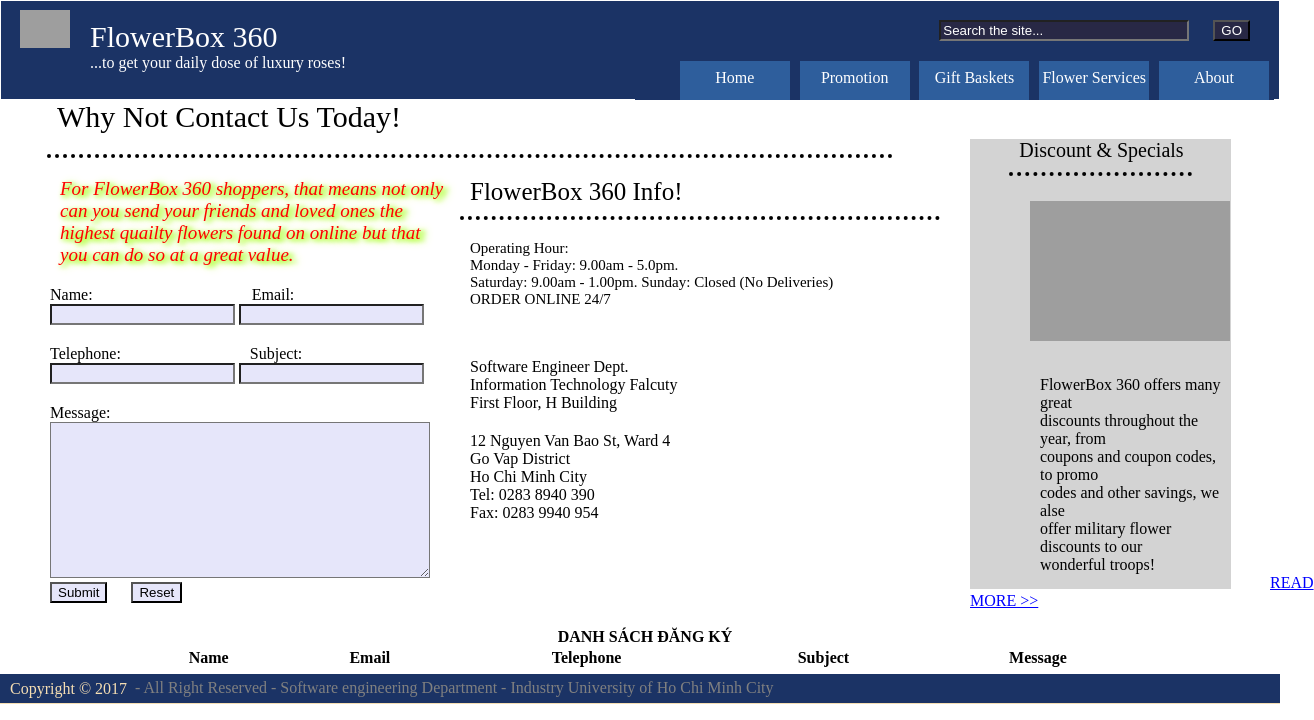
Repository: G1tHub-zer0/BTTH
Page: KT/index.html
The author's editor kept a copy of each file at every save. The page is drawn from the files as they stood at one save, then again after the next save.
The browser window is 1280 px wide. The page is 1314 px wide, so the pictures cover 1314 px, including what lies to the right of the window. The pictures show the whole page.
Pictures or frames that could not be fetched are drawn as grey boxes.

Above is the page before, as saved 2024-04-12 14:21:59.

### KT/index.html
<!DOCTYPE html>
<html lang="en">

<head>
    <meta charset="UTF-8">
    <meta http-equiv="X-UA-Compatible" content="IE=edge">
    <link rel="stylesheet" href="app.css">
    <meta name="viewport" content="width=device-width, initial-scale=1.0">
    <title></title>
</head>

<body>
    <div class="container">
        <header>
            <div class="logo">
                <img
                    src="https://encrypted-tbn1.gstatic.com/images?q=tbn:ANd9GcSCItUfJia5NZjMVaBQ3rzkajxs_MzsOlNAoqBRyz2l8tWaO1zV">
            </div>
            <div class="name">
                <p class="p1">
                    FlowerBox 360 <br>
                </p>
                <p>
                    ...to get your daily dose of luxury roses!
                </p>
            </div>
            <form action="">
                <input class="type" type="text" name="" id="" placeholder="Search the site...">
                <input class="btn" type="button" value="GO">
            </form>
            <nav>
                <ul>
                    <li>
                        <a href="">Home</a>
                    </li>
                    <li>
                        <a href="">Promotion</a>
                    </li>
                    <li>
                        <a href="">Gift Baskets</a>
                    </li>
                    <li class="fs">
                        <a href="">Flower Services</a>
                        <ul class="child-mn">
                            <li><a href="">Flower for Wedding</a></li>
                            <li><a href="">Flower for Conference</a></li>
                        </ul>
                    </li>
                    <li>
                        <a href="">About</a>
                    </li>
                </ul>
            </nav>
        </header>
        <main>
            <div class="main">
                <form action="" method="post">
                    <div class="title">
                        <P class="p2">Why Not Contact Us Today!</P>
                    </div>
                    <div class="content">
                        <div class="content-left">
                            <p class="p3">
                                For FlowerBox 360 shoppers, that means not only
                                can you send your friends and loved ones the
                                highest quailty flowers found on online but that you
                                can do so at a great value.
                            </p>
                            <div class="enter">
                                <label id="lb-name" for="Name">Name: </label>
                                <label for="email">Email:</label> <br>
                                <input type="text" name="Name" id="inp-name" required>
                                <input type="email" name="email" id="inp-email"><br>
                                <label id="lb-tel" for="tel">Telephone:</label>
                                <label for="sub" class="sub">Subject:</label> <br>
                                <input type="tel" name="tel" id="inp-tel">
                                <input type="text" name="sub" id="inp-subject"><br>
                                <label for="mes">Message:</label><br>
                                <textarea name="mes" id="inp-message" cols="30" rows="10"></textarea> <br>
                                <div class="form-group">
                                    <input type="button" value="Submit" onclick="submitForm()" id="inp-left">
                                    <input type="reset" value="Reset" id="xoa">
                                </div>
                            </div>
                        </div>

                        <div class="content-right">
                            <div class="title2">
                                <p class="p2"> FlowerBox 360 Info!</p>
                            </div>
                            <p class="p4">
                                Operating Hour: <br>
                                Monday - Friday: 9.00am - 5.0pm. <br>
                                Saturday: 9.00am - 1.00pm.
                                Sunday: Closed (No Deliveries) <br>
                                ORDER ONLINE 24/7
                            </p>
                            <p class="p5">
                                Software Engineer Dept. <br>
                                Information Technology Falcuty <br>
                                First Floor, H Building
                            </p>
                            <p class="p6">
                                12 Nguyen Van Bao St, Ward 4 <br>
                                Go Vap District <br>
                                Ho Chi Minh City <br>
                                Tel: 0283 8940 390 <br>
                                Fax: 0283 9940 954
                            </p>
                        </div>
                    </div>
                </form>

                <section>
                    <div class="content-second">
                        <div class="title">
                            <p>Discount & Specials</p>
                        </div>
                        <div class="image">
                            <img
                                src="https://encrypted-tbn1.gstatic.com/images?q=tbn:ANd9GcSCItUfJia5NZjMVaBQ3rzkajxs_MzsOlNAoqBRyz2l8tWaO1zV">
                        </div>
                        <p class="p7">
                            FlowerBox 360 offers many great <br>
                            discounts throughout the year, from <br>
                            coupons and coupon codes, to promo <br>
                            codes and other savings, we alse <br>
                            offer military flower discounts to our <br>
                            wonderful troops!
                        </p>
                        <a href=""> READ MORE >></a>
                    </div>
                </section>

            </div>

            <p style="font-weight: bold; text-align: center;">DANH SÁCH ĐĂNG KÝ</p>
            <table style="width: 1px; width: 80%; text-align: center;">
                <tr>
                    <td style="text-align: center; font-weight: bold;">Name</td>
                    <td style="text-align: center; font-weight: bold;">Email</td>
                    <td style="text-align: center; font-weight: bold;">Telephone</td>
                    <td style="text-align: center; font-weight: bold;"> Subject</td>
                    <td style="text-align: center; font-weight: bold;"> Message </td>
                </tr>
                <tr>
                    <td id="Name"></td>
                    <td id="Email"></td>
                    <td id="Telephone"></td>
                    <td id="Subject"></td>
                    <td id="Message"></td>
                </tr>
            </table>
        </main>

        <footer>
            <p class="copy">
                Copyright &copy; 2017
            </p>
            <p class="ar">
                - All Right Reserved - Software engineering Department - Industry University of Ho Chi Minh City
            </p>
        </footer>


    </div>
</body>

</html>

### KT/app.css
* {
  margin: auto;
  padding: auto;
  box-sizing: border-box;
}
.container {
  width: 100%;
  height: 100%;
}
header {
  width: 100%;
  height: 100px;
  border: 1px solid;
  background-color: rgb(27, 51, 101);
  color: white;
  display: inline-flex;
}
.logo img {
  top: 10px;
  width: 50px;
  left: 20px;
  position: absolute;
}

.p1 {
  font-size: 30px;
}
.name {
  position: absolute;
  left: 80px;
  top: 20px;
}

header form {
  position: absolute;
  right: 30px;
  top: 20px;
}
header form input {
  background-color: rgb(40, 40, 69);
  color: white;
}
header form .type {
  width: 250px;
}
header form input::placeholder {
  color: white;
}
header form .btn {
  margin-left: 20px;
}
nav {
  width: 50%;
  background-color: rgb(27, 51, 101);
  margin-top: 60px;
  margin-right: 5px;
}

nav ul {
  display: flex;
  list-style-type: none;
}
nav ul li {
  width: 110px;
  height: 39px;
  background-color: rgb(46, 94, 156);
  text-align: center;
}
nav ul li a {
  color: white;
  text-decoration: none;
  bottom: -8px;
  position: relative;
}
.main {
  display: flex;
  width: 100%;
}

.main form {
  width: 80%;
}
.main form .title {
  font-size: 30px;
  width: 90%;
  border-bottom: 4px dotted;
}
.form-group button {
  margin-left: 10px;
  padding: 5px 10px;
  border: 1px solid #ccc;
  background-color: #000;
  color: #fff;
  cursor: pointer;
}

.form-group button:hover {
  background-color: #ccc;
  color: #000;
}
.main form .title .p2 {
  margin-bottom: 20px;
}
.main form .content {
  width: 100%;

  margin-bottom: 5px;
  display: flex;
}
.content-left {
  width: 400px;
  margin-left: 50px;
  margin-top: 20px;
}
.main form .content .p3 {
  font-style: italic;
  font-size: 19px;
  color: red;
  text-shadow: 1px 2px 4px greenyellow,
    5px 2px 4px greenyellow, 5px 2px 8px greenyellow;
}
.content-left .enter {
  margin-top: 20px;
}
#lb-name {
  margin-right: 155px;
}
#lb-tel {
  margin-right: 125px;
}
.content-left .enter #inp-left {
  margin-right: 20px;
}
.content-left .enter input {
  margin-bottom: 20px;
}
textarea {
  width: 380px;
  background-color: lavender;
}
.content-right {
  margin-left: 10px;
  margin-top: 20px;
}
.content-right .title2 {
  width: 480px;
  border-bottom: 4px dotted;
}
.title2 .p2 {
  font-size: 25px;
  margin-bottom: 10px;
}
.main form input {
  background-color: lavender;
}
.p4 {
  margin-top: 20px;
  font-size: 15px;
}
.p5 {
  margin-top: 50px;
}
.p6 {
  margin-top: 20px;
}
section {
  width: 50%;
  display: block;
}
section .title {
  position: relative;
  width: 70%;

  font-size: 20px;
  border-bottom: 4px dotted;
}
section .title p {
  margin-bottom: 10px;
}
section .image {
  /* position: relative; */
  width: 320px;
  height: 150px;
  /* border: 1px solid; */
  margin-top: 20px;
  text-align: center;
}
section .image img {
  width: 200px;
  height: 140px;
  /* margin-left: 40px; */
  margin-top: 5px;
}
section .content-second {
  width: 70%;
  height: 450px;
  margin-left: 30px;
  background-color: lightgray;
}
section .content-second .p7 {
  margin-left: 70px;
  margin-top: 30px;
}
section .content-second a {
  color: blue;
  font: 900;
  margin-left: 300px;
}
footer {
  background-color: rgb(27, 51, 101);
  width: 100%;
  height: 30px;
  border-bottom: 1px solid;
  color: wheat;
  display: inline-flex;
}
p {
  margin-left: 10px;
}
.child-mn {
  display: none;
  position: absolute;
  color: wheat;
  left: 1310px;
  margin-top: 21px;
  margin-left: 10px;
  z-index: 1;
}
.child-mn li {
  width: 180px;
  border-top: 2px blue solid;
  height: 50px;
}
.fs:hover .child-mn {
  display: block;
}
.child-mn li:hover {
  background-color: rgb(27, 51, 101);
}
.ar {
  margin-top: 5px;
  color: grey;
  margin-left: 5px;
  position: absolute;
  left: 130px;
}

After the next save:
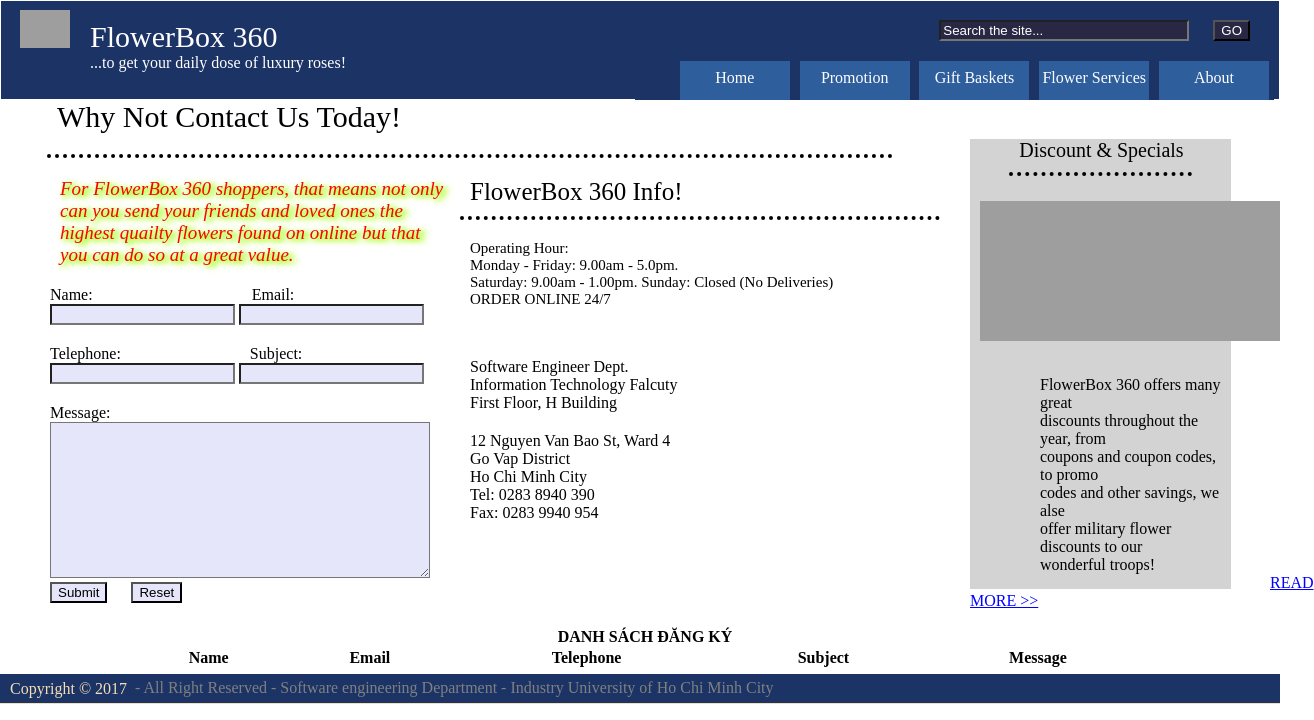
Saved 4 s later.
--- a/KT/app.css
+++ b/KT/app.css
@@ -186,7 +186,7 @@
   text-align: center;
 }
 section .image img {
-  width: 200px;
+  width: 300px;
   height: 140px;
   /* margin-left: 40px; */
   margin-top: 5px;

After the 2 saves that followed:
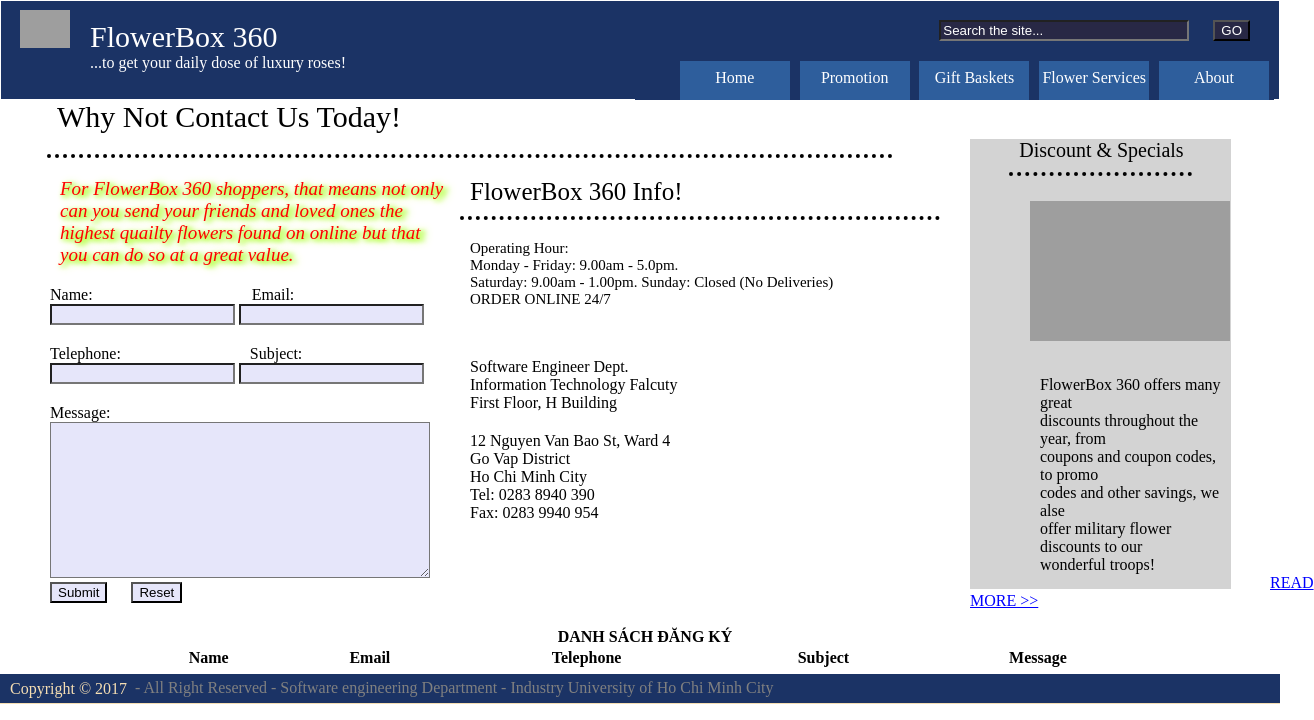
The 2 saves are shown as one change because they came seconds apart.
The last was saved 7 s later.
--- a/KT/app.css
+++ b/KT/app.css
@@ -186,7 +186,7 @@
   text-align: center;
 }
 section .image img {
-  width: 300px;
+  width: 200px;
   height: 140px;
   /* margin-left: 40px; */
   margin-top: 5px;
